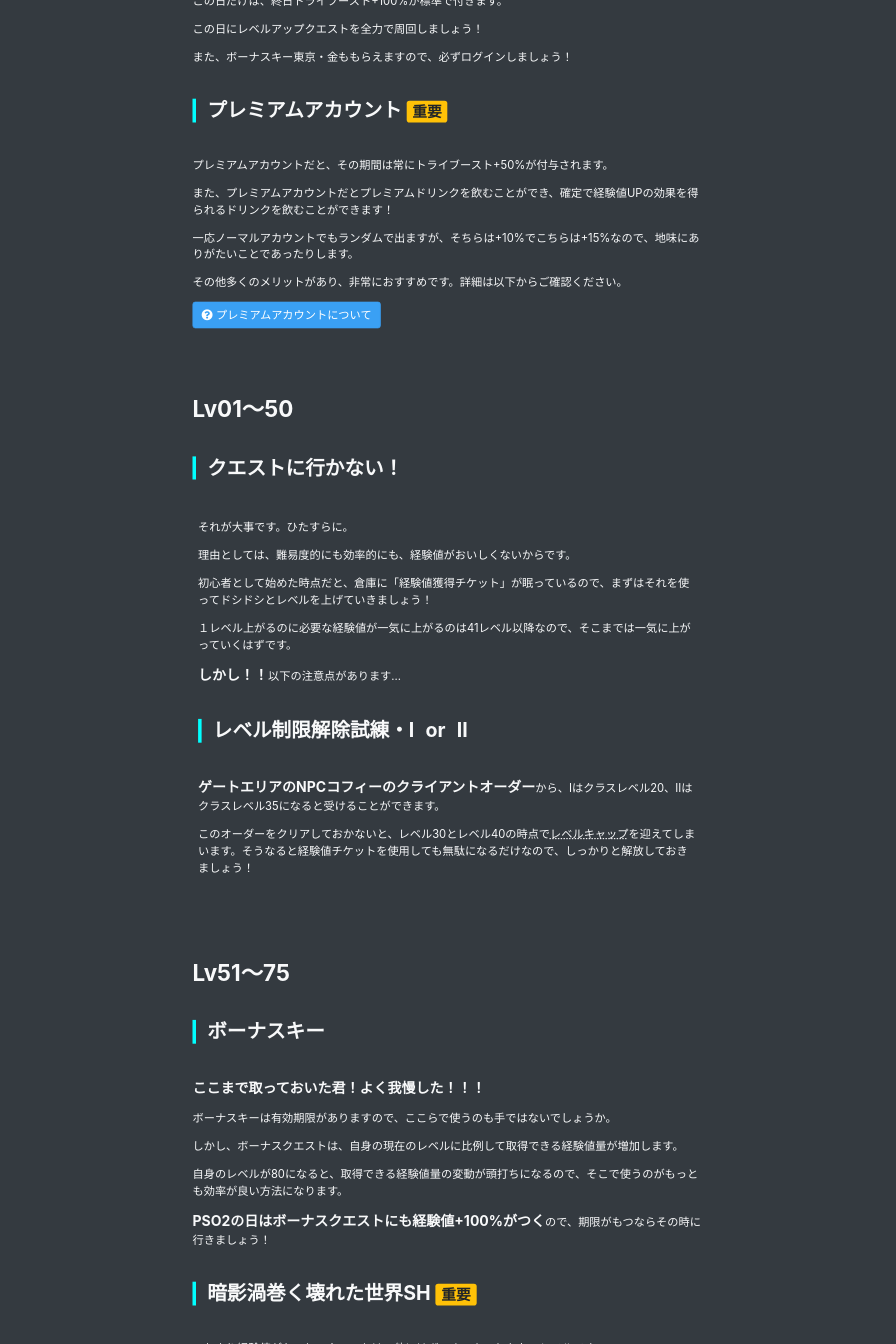
Repository: milkyahonpo/Website_source
Page: docs/capture.html
An editor plug-in stored every save of this project. The page is shown before and after the next save, followed by the edit.
The browser window is 1280 px wide. The pictures show the part of the page from y = 4580 to 6500 px (the page is 9710 px tall before and 9702 px after), at 70% of full size.
Some web libraries are served in a nearby version.

Above is the page before, as saved 2020-01-24 12:37:39.

### docs/capture.html
<!DOCTYPE html>
<html lang="ja">
  <head>
    <!-- Required meta tags -->
    <meta charset="utf-8">
    <meta name="viewport" content="width=device-width, initial-scale=1, shrink-to-fit=no">
    <!-- Bootstrap CSS -->
    <link rel="stylesheet" href="https://stackpath.bootstrapcdn.com/bootstrap/4.3.1/css/bootstrap.min.css" integrity="sha384-ggOyR0iXCbMQv3Xipma34MD+dH/1fQ784/j6cY/iJTQUOhcWr7x9JvoRxT2MZw1T" crossorigin="anonymous">
    <!-- My CSS -->
    <link rel="stylesheet" href="css/capture.css">
    <!-- favicon -->
    <link rel="shortcut icon" href="img/favicon.ico">
    <!-- Font Awesome -->
    <link href="https://use.fontawesome.com/releases/v5.6.1/css/all.css" rel="stylesheet">
    <!-- Google Fonts -->
    <link href="https://fonts.googleapis.com/css?family=Titillium+Web&display=swap" rel="stylesheet">

    <title>みるく屋本舗 - 攻略本 -</title>
  </head>

  <body>
  <!-- Navigation -->
  <nav class="navbar navbar-expand-lg navbar-light fixed-top py-3" id="mainNav">
    <div class="container">
      <a class="navbar-brand" href="index.html">
        <img src="./img/logo.png" width="50" height="50" alt="">
        <b>みるく屋本舗</b>
      </a>
      <button class="navbar-toggler navbar-togglar-right" type="button" data-toggle="collapse" data-target="#navbarResponsive" aria-controls="navbarResponsive" aria-expanded="false" aria-label="Toggle navigation">
        <span class="navbar-toggler-icon"></span>
      </button>
      <div class="collapse navbar-collapse" id="navbarResponsive">
        <ul class="navbar-nav ml-auto my-2 my-lg-0">
          <li class="nav-item">
            <a class="nav-link js-scroll-trigger" href="#basic">基礎知識</a>
          </li>
          <li class="nav-item">
            <a class="nav-link js-scroll-trigger" href="#lv1-50">Lv01～Lv50</a>
          </li>
          <li class="nav-item">
            <a class="nav-link js-scroll-trigger" href="#lv51-75">Lv51～Lv75</a>
          </li>
          <li class="nav-item">
            <a class="nav-link js-scroll-trigger" href="#lv76-80">Lv76～Lv80</a>
          </li>
          <li class="nav-item">
            <a class="nav-link js-scroll-trigger" href="#lv81-90">Lv81～Lv90</a>
          </li>
        </ul>
      </div>
    </div>
  </nav>
  <!-- About Section -->
  <section class="page-section h-100 bg-dark text-light">
    <div class="container h-100">
      <div class="row h-100 justify-content-center align-items-center">
        <div class="col-lg-8">
          <h2 class="display-1 mt-0 font-weight-bold text-center"><span style="color: cyan;">攻</span>略本</h2>
          <hr class="divider my-4">
          <p class="lead text-center">チムメンに役立つ育成情報を掲載します！</p>
          <p class="text-center"><small>最終更新 : 2020/01/23</small></p>
        </div>
      </div>
    </div>
  </section>

  <section class="page-section bg-dark text-light">
    <div class="container">
      <div class="row py-5 justify-content-center" id="basic">
        <div class="col-md-8">
          <h2 class="font-weight-bold">基礎知識</h2>
          <h3 class="my-5 pl-3"><strong class="font-weight-bold">メインクラスとサブクラス</strong></h3>
          <p>
            PSO2には「メインクラス」と「サブクラス」があります。
            <ul>
              <li>「メインクラス」装備できる武器に影響するクラス</li>
              <li>「サブクラス」一部のスキルとステータスの影響を受けるクラス<br>
            </ul>
            以下にクラス一覧と、その装備できる武器について示します。
          <p>
          <p class="alert alert-info">ガンスラッシュはどのクラスでも使用することができます。</p>
          <h4>通常クラス</h4>
          <table class="table table-striped table-hover my-3 table-dark">
            <tr><th>アイコン</th><th>クラス名</th><th>略称</th><th>装備できる武器</th></tr>
            <tr><td><img class="img-thumbnail" src="img/Hu.png"　style="display: inline-block" width="50px" height="auto"></td><td><a href="https://pso2.swiki.jp/index.php?%E3%83%8F%E3%83%B3%E3%82%BF%E3%83%BC">ハンター</a></td><td>Hu</td><td><ul><li>ソード</li><li>ワイヤードランス</li><li>パルチザン</li></ul></td></tr>
            <tr><td><img class="img-thumbnail" src="img/Fi.png"　style="display: inline-block" width="50px" height="auto"></td><td><a href="https://pso2.swiki.jp/index.php?%E3%83%95%E3%82%A1%E3%82%A4%E3%82%BF%E3%83%BC">ファイター</a></td><td>Fi</td><td><ul><li>ツインダガー</li><li>ダブルセイバー</li><li>ナックル</li></ul></td></tr>
            <tr><td><img class="img-thumbnail" src="img/Ra.png"　style="display: inline-block" width="50px" height="auto"></td><td><a href="https://pso2.swiki.jp/index.php?%E3%83%AC%E3%83%B3%E3%82%B8%E3%83%A3%E3%83%BC">レンジャー</a></td><td>Ra</td><td><ul><li>ランチャー</li><li>アサルトライフル</li></ul></td></tr>
            <tr><td><img class="img-thumbnail" src="img/Gu.png"　style="display: inline-block" width="50px" height="auto"></td><td><a href="https://pso2.swiki.jp/index.php?%E3%82%AC%E3%83%B3%E3%83%8A%E3%83%BC">ガンナー</a></td><td>Gu</td><td><ul><li>ツインマシンガン</li><li>アサルトライフル</li></ul></td></tr>
            <tr><td><img class="img-thumbnail" src="img/Fo.png"　style="display: inline-block" width="50px" height="auto"></td><td><a href="https://pso2.swiki.jp/index.php?%E3%83%95%E3%82%A9%E3%83%BC%E3%82%B9">フォース</a></td><td>Fo</td><td><ul><li>ロッド</li><li>タリス</li></ul></td></tr>
            <tr><td><img class="img-thumbnail" src="img/Te.png"　style="display: inline-block" width="50px" height="auto"></td><td><a href="https://pso2.swiki.jp/index.php?%E3%83%86%E3%82%AF%E3%82%BF%E3%83%BC">テクター</a></td><td>Te</td><td><ul><li>ウォンド</li><li>タリス</li></ul></td></tr>
            <tr><td><img class="img-thumbnail" src="img/Br.png"　style="display: inline-block" width="50px" height="auto"></td><td><a href="https://pso2.swiki.jp/index.php?%E3%83%96%E3%83%AC%E3%82%A4%E3%83%90%E3%83%BC">ブレイバー</a></td><td>Br</td><td><ul><li>カタナ</li><li>バレットボウ</li></ul></td></tr>
            <tr><td><img class="img-thumbnail" src="img/Bo.png"　style="display: inline-block" width="50px" height="auto"></td><td><a href="https://pso2.swiki.jp/index.php?%E3%83%90%E3%82%A6%E3%83%B3%E3%82%B5%E3%83%BC">バウンサー</a></td><td>Bo</td><td><ul><li>ジェットブーツ</li><li>デュアルブレード</li></ul></td></tr>
            <tr><td><img class="img-thumbnail" src="img/Su.png"　style="display: inline-block" width="50px" height="auto"></td><td><a href="https://pso2.swiki.jp/index.php?%E3%82%B5%E3%83%A2%E3%83%8A%E3%83%BC">サモナー</a></td><td>Su</td><td><ul><li>タクト</li></ul></td></tr >
          </table>
          <div class="my-5">
            <p>これらの通常クラスのいずれか２つをレベル75にすることで選択可能になる<strong class="lead font-weight-bold">「後継クラス」</strong>というものがあります。</p>
            <p>後継クラスは現状で３つあり、ファントムとエトワールはサブクラスとしてセットすることができますが、メインクラスとして使う場合、<strong class="lead font-weight-bold">全てサブクラスをセットすることができません。</strong>その代わりに、各クラス特徴のある強力なクラススキルを有しており、非常に優秀なクラスとなっています。</p>
          </div>
          <h4>後継クラス</h4>
          <table class="table table-striped table-hover my-3 table-dark">
            <tr><th>アイコン</th><th>クラス名</th><th>略称</th><th>装備できる武器</th></tr>
            <tr><td><img class="img-thumbnail" src="img/Hr.png"　style="display: inline-block" width="50px" height="auto"></td class="align-items-center"><td><a href="https://pso2.swiki.jp/index.php?%E3%83%92%E3%83%BC%E3%83%AD%E3%83%BC">ヒーロー</a></td><td>Hr</td><td><ul><li>ソード</li><li>ツインマシンガン</li><li>タリス</li></ul></td></tr>
            <tr><td><img class="img-thumbnail" src="img/Ph.png"　style="display: inline-block" width="50px" height="auto"></td><td><a href="https://pso2.swiki.jp/index.php?%E3%83%95%E3%82%A1%E3%83%B3%E3%83%88%E3%83%A0">ファントム</a></td><td>Ph</td><td><ul><li>カタナ</li><li>アサルトライフル</li><li>ロッド</li></td></tr>
            <tr><td><img class="img-thumbnail" src="img/Et.png"　style="display: inline-block" width="50px" height="auto"></td><td><a href="https://pso2.swiki.jp/index.php?%E3%82%A8%E3%83%88%E3%83%AF%E3%83%BC%E3%83%AB">エトワール</a></td><td>Et</td><td><ul><li>ダブルセイバー</li><li>デュアルブレード</li><li>ウォンド</li></td></tr>
          </table>
          <p>「メインクラス」は、当然ですが入手した経験値の100%が加算されます。</p>
          <p>「サブクラス」も、セットしておくだけでサブクラスがレベル70までは<strong class="lead font-weight-bold">メインクラスが獲得した経験値の25%</strong>が加算されます。</p>
          <p>そのため、必ずサブクラスをつけておきましょう。</p>

          <h3 class="my-5 pl-3"><strong class="font-weight-bold"><abbr title="特殊能力(DL先のファイルに詳細)">OP</abbr>・<abbr title="S級特殊能力(DL先のファイルに詳細)">SOP</abbr>付け</strong></h3>
          <p>PSO2の武器や<abbr title="防具のこと">ユニット</abbr>には、OPと呼ばれる特殊能力を付与することができます。</p>
          <p>これを付けていないとどれだけ頑張っても火力が出なかったり、伸び悩んでしまう原因になります。</p>
          <p>最初のうちに理解するのは難しい要素でもあるのですが、以下のファイルにOPの付け方をまとめてあるので、ダウンロードして必ず理解するようにしましょう！！</p>
          <a class="text-decoration-none" href="./document/PSO2 OP付け覚書.pdf" download="PSO2 OP付け覚書.pdf">
            <button class="btn btn-primary">
              <span class="text-decoration-none"><i class="fas fa-download"></i><b class="px-1">PSO2 OP付け覚書.pdf</b></span>
            </button>
          </a>
          <h3 class="my-5 pl-3"><strong class="font-weight-bold">ブーストアイテム</strong></h3>
          <p>PSO2には、経験値やメセタやレアドロの確率を一時的に上昇させる、トライブーストをはじめとした「ブーストアイテム」が多種類存在します。</p>
          <p>経験値を稼ぐためには、ブーストを使用したほうが有利ですので、必ず使用してクエストに行くことを忘れないようにしましょう。</p>
          <p>同じ名前のブーストアイテムを使用しても効果は多くならないので、違う名前のブーストを組み合わせることでより良い効果を得ることができます。</p>
          <p>元々の経験値を100%とすると...</p>
          <div class="card mb-3 text-dark">
            <div class="card-body">
            <p><b>例１)トライブースト+100%と経験値+75%を使用した場合の経験値取得率</b></p>
            <strong class="my-1 display-4"><var>100</var> + <var>100</var> + <var>75</var> = <var>275</var>%</strong>
            </div>
          </div>
          <p>上記のように、ブーストアイテムの効果は加算によって求められます。</p>

          <h3 class="my-5 pl-3"><strong class="font-weight-bold">パーティーブースト </strong><span class="badge badge-warning">重要</span></h3>
          <p>PSO2では、パーティーを組むことによって「パーティーブースト」と呼ばれる、<abbr title="略称「トラブ」 メセタ、レアドロ、経験値獲得量UP">トライブースト</abbr>が付与されます。</p>
          <p>先ほどのブーストアイテムについての項目でお話しましたが、ブーストアイテムの効果は加算によって求めることができます。</p>
          <p>しかし、<strong class="lead font-weight-bold">パーティーブーストだけは乗算でかかります。</strong>パーティーが二人以上の場合のパーティーの人数をXとすると、パーティーブーストは1.X倍になります。</p>
          <div class="card mb-3 text-dark">
            <div class="card-body">
            <p><b>例２)例１の場合でパーティー４人の場合の経験値取得率</b></p>
            <strong class="my-1 display-4"><var>275</var> * <var>1.4</var> = <span class="enh"><var>385</var>%</span></strong><br>
            </div>
          </div>
          <p>絶対に４人パーティーで行きましょう！</p>

          <h3 class="my-5 pl-3"><strong class="font-weight-bold">PSO2の日(毎月2日 +プレミアムは22日)</strong></h3>
          <p>この日だけは、終日トライブースト+100%が標準で付きます。</p>
          <p>この日にレベルアップクエストを全力で周回しましょう！</p>
          <p>また、ボーナスキー東京・金ももらえますので、必ずログインしましょう！</p>

          <h3 class="my-5 pl-3"><strong class="font-weight-bold">プレミアムアカウント </strong><span class="badge badge-warning">重要</span></h3>
          <p>プレミアムアカウントだと、その期間は常にトライブースト+50%が付与されます。</p>
          <p>また、プレミアムアカウントだとプレミアムドリンクを飲むことができ、確定で経験値UPの効果を得られるドリンクを飲むことができます！</p>
          <p>一応ノーマルアカウントでもランダムで出ますが、そちらは+10%でこちらは+15%なので、地味にありがたいことであったりします。</p>
          <p>その他多くのメリットがあり、非常におすすめです。詳細は以下からご確認ください。</p>
          <a href="http://pso2.jp/players/manual/preparations/ac/#sys-manual-513"><button class="btn btn-primary"><i class="fas fa-question-circle"></i> プレミアムアカウントについて</button></a>
        </div>
      </div>
      <div class="row py-5 justify-content-center" id="lv1-50">
        <div class="col-lg-8">
          <h2><b>Lv01～50</b></h2>
          <h3 class="my-5 pl-3"><strong class="font-weight-bold">クエストに行かない！</strong></h3>
          <section class="px-2 py-2">
            <p>それが大事です。ひたすらに。</p>
            <p>理由としては、難易度的にも効率的にも、経験値がおいしくないからです。</p>
            <p>初心者として始めた時点だと、倉庫に「経験値獲得チケット」が眠っているので、まずはそれを使ってドシドシとレベルを上げていきましょう！</p>
            <p>１レベル上がるのに必要な経験値が一気に上がるのは41レベル以降なので、そこまでは一気に上がっていくはずです。</p>
            <p><strong class="lead font-weight-bold">しかし！！</strong>以下の注意点があります...</p>
            <h3 class="my-5 pl-3"><strong class="font-weight-bold">レベル制限解除試練・Ⅰ<span class="mx-3">or</span>Ⅱ</strong></h3>
            <p><strong class="lead font-weight-bold">ゲートエリアのNPCコフィーのクライアントオーダー</strong>から、Ⅰはクラスレベル20、Ⅱはクラスレベル35になると受けることができます。</p>
            <p>このオーダーをクリアしておかないと、レベル30とレベル40の時点で<abbr title="レベルがそれ以上上がらない状態になること">レベルキャップ</abbr>を迎えてしまいます。そうなると経験値チケットを使用しても無駄になるだけなので、しっかりと解放しておきましょう！</p>
          </section>
        </div>
      </div>
      <div class="row py-5 justify-content-center" id="lv51-75">
        <div class="col-lg-8">
          <h2 class="mb-5"><b>Lv51～75</b></h2>
          <h3 class="my-5 pl-3"><strong class="font-weight-bold">ボーナスキー</strong></h3>
          <p><strong class="lead font-weight-bold">ここまで取っておいた君！よく我慢した！！！</strong></p>
          <p>ボーナスキーは有効期限がありますので、ここらで使うのも手ではないでしょうか。</p>
          <p>しかし、ボーナスクエストは、自身の現在のレベルに比例して取得できる経験値量が増加します。</p>
          <p>自身のレベルが80になると、取得できる経験値量の変動が頭打ちになるので、そこで使うのがもっとも効率が良い方法になります。</p>
          <p><strong class="lead font-weight-bold">PSO2の日はボーナスクエストにも経験値+100%がつく</strong>ので、期限がもつならその時に行きましょう！</p>

          <h3 class="my-5 pl-3"><strong class="font-weight-bold">暗影渦巻く壊れた世界SH </strong><span class="badge badge-warning">重要</span></h3>
          <p>これより経験値がおいしいクエストは、他にはボーナスキーしかないレベルです。</p>
          <p>圧倒的経験値効率を誇るクエストなので、レベリングには必ず行きましょう！</p>
          <p><strong class="lead font-weight-bold">レベルアップクエストの仕様上、5日周期で1日来る</strong>ので必ずチェックしておきましょう。</p>

          <h3 class="my-5 pl-3"><strong class="font-weight-bold">クラスごとの<abbr title="スキルポイント スキルツリーのスキルを取得するために必要になる レベル1UPごとに1SP">SP</abbr>取得クライアントオーダー </strong><span class="badge badge-warning">重要</span></h3>
          <p>レベル75になると、クラスキューブというアイテムを渡すことによって、クラスごとにSPを獲得できるクライアントオーダーが解放されます。</p>
          <p>クラスキューブとは、ハンターであれば「Huエクスキューブ」といったような、クラスの略称がついたアイテムになります。</p>
          <p>全てのクラス共通で、最初は1個、次は2個、3個、4個と要求数が増えていき、全4つのオーダーで合計10個のクラスキューブが必要になります。</p>
          <p><strong class="lead font-weight-bold">ゲートエリアのNPCシロナの「トレジャーショップ」</strong>から、SGまたはメセタを使用してクラスキューブを購入することができます。売っているクラスキューブは日替わりなので、自分の欲しいクラスキューブが陳列された時に購入しましょう！</p>

          <p>また、レベル90のレベルキャップに到達した状態でレベルアップすることで、そのクラスのクラスキューブを<strong class="lead font-weight-bold">レベルアップごとに７個</strong>取得することができます。</p>
        </div>
      </div>
          <!--
          <h3 class="my-5 pl-3"><strong class="font-weight-bold">レベル75制限解除試験・○○ </strong><span class="badge badge-info">後継クラスのみ</span></h3>
          <p>レベル75制限解除試験とは、その名の通りレベル75のレベルキャップを解放するクライアントオーダーです。</p>
          <p>これまでもレベル30の時点やレベル40の時点にも存在したものと同じになります。</p>
          <p>このレベルキャップ解放はクラスごとにクリアする必要があります。</p>
          <p>条件は、<br>
          <strong class="lead font-weight-bold">「<abbr title="ガンスラッシュは対象外です">メインクラスで装備できる武器種</abbr>の☆13以上を+35まで強化する」</strong><br>
          というものになります。</p>
          <p><strong class="lead font-weight-bold">ゲートエリアのNPCプリンの「コレクトシート」</strong>で、☆13武器の+35をゲットするだけで達成することができます。</p>
          <p>コレクトシートとは、数あるアイテムの中から自身が欲しいアイテムを選択し、そのアイテムのシートを入手したのちに、シート中に記載されている必要項目を全達成することで対象のアイテムが入手できるというものです。</p>
          <p>それぞれの項目に指定された条件を達成すると項目のゲージが上昇していき、ゲージが最大になった時にドロップするアイテムを入手することで項目が達成されます。</p>
          <p>基本的にコレクトシートの項目の条件は、入手した時点で開催されている緊急クエストや期間限定クエストで達成できるものが設定されているので、どんどん参加しましょう！</p>
          -->

      <div class="row py-5 justify-content-center" id="lv76-80">
        <div class="col-lg-8">
          <h2 class="mb-5"><b>Lv76～80</b></h2>
          <h3 class="my-5 pl-3"><strong class="font-weight-bold">必要経験値の異常なまでの上昇 </strong><span class="badge badge-danger">難関</span></h3>
          <p><strong class="lead font-weight-bold">今までとは比べ物にならないくらいにレベルが上がらなくなってきます。</strong></p>
          <p>ただ、昔のPSO2と比較したら今はボーナスキーもあり、レベルアップクエストなんてものもあり、
          そのうえPSO2の日では経験値+100%で、プレミアムなら毎日トライブースト+50%もつくだって！？</p>
          <strong class="lead font-weight-bold">めげずに頑張りましょう！私たちがついています！</strong>

          <h3 class="my-5 pl-3"><strong class="font-weight-bold">ボーナスキー </strong></h3>
          <p>それはここでも同じです。</p>
          <p>PSO2で経験値が一番おいしいクエストは間違いなくボーナスキー！</p>
          <p>手に入れたらPSO2の日をねらって絶対に行きましょう！</p>
          <p>(ブーストアイテムを忘れずにね！)</p>

          <h3 class="my-5 pl-3"><strong class="font-weight-bold">暗影渦巻く壊れた世界XH </strong><span class="badge badge-success">更新時点 推奨</span></h3>
          <p>現状最強武器の「リバレイト〇〇」という武器の入手にはクラスキューブが必要になります。</p>
          <p>また、2020/02/05まで開催されている<a href="http://pso2.jp/players/event/newyear2020/">SPACE MAGATSU DESTROYERS</a>の個人ポイント獲得はこの暗影でもためることができ、暗影は1周2分で周回できるので非常に高効率となっています。(本来あってはならないことかもしれませんが...)</p>
          <p>以上の理由から、現時点では高レベルのプレイヤーも暗影を周回しており、人がすぐに集まることも多いため、以下に記載してあるSHを周回するよりも圧倒的に高効率でレベルアップすることができます。</p>

          <h3 class="my-5 pl-3"><strong class="font-weight-bold">暗影渦巻く壊れた世界SH </strong><span class="badge badge-secondary">更新時点 非推奨</span></h3>
          <p>「え？なんでまだこの段階でもXH行かないの？」</p>
          <p>そう思う方も多いことでしょう。</p>
          <p>試しにXHに行ってみた方はわかると思いますが、
          <strong class="lead font-weight-bold">クエストに12人いることのほうが少ないです。</strong></p>
          <p>理由はSHとXHの受注可能なレベル帯の差にあります。</p>
          <p>SHはレベル50から受注可能で、XHには、メインサブの双方を75まで上げないと行けません。</p>
          <p>なので、SHを回るのは、75-50=レベル25分の幅の方で、
          なおかつメインはレベル75であってもサブはまだという方も含まれます。</p>
          <p>それに対してXHはレベル75から受注可能で、最大はレベル90です。</p>
          <p>なので、XHを回るのは、90-75=レベル15分の幅の方で、
          なおかつメインサブ双方が75以上である方です。</p>
          <p>それゆえに、暗影で人数が集まるのは必然的にSHとなるわけです。</p>
          <p>人数が集まるということは、パーティーが組めるのでブーストがのる。</p>
          <p><strong class="lead font-weight-bold">そういうことです！</strong></p>

          <h3 class="my-5 pl-3"><strong class="font-weight-bold">クラスごとのSP取得クライアントオーダー </strong></h3>
          <p>Lv51～75で前述のとおりです。</p>
          <p>もしもレベル75の時点でやっていなかったのであれば、必ずここで済ませてしまいましょう！</p>

          <!--
          <h3 class="my-5 pl-3"><strong class="font-weight-bold">レベル80制限解除試験・○○ </strong></h3>
          <p>「またレベルキャップか・・・」</p>
          <p>安心してください。今回のは<b>めちゃくちゃ簡単</b>です。</p>
          <p>レベルを75にした時点で称号報酬でもらっていた、３つの<strong class="lead font-weight-bold">「サブ／ステラウォール」</strong>というユニット。</p>
          <p>若しくは、ここまで暗影を周回している人なら持っているであろう「ウェポンズバッジ2019」。</p>
          <p>それとバッジ交換ショップで交換できる☆12ユニットの、</p>
          <p><strong class="lead font-weight-bold">「リア／サーキュレイ」、「アーム／サーカレイ」、「レッグ／サークレイ」</strong>。</p>
          <p>そのどちらかのシリーズを全て+10にしてから装備して話しかけるだけで達成できます。</p>
          <p>ユニットの強化は、武器と比較してものすごく簡単なので、
          強化値+7までは補助アイテム何も無しで上げていき、
          +8以降は、「強化成功率+5%」と「強化リスク軽減(+1)」を使用して上げていくだけで十分です。</p>
          <p>もっていないのであれば、どちらも非常に安価にマイショップで販売していますので、
          どんどん上げて、ぱぱっと報告してしまいましょう！</p>
          -->
        </div>
      </div>
      <div class="row py-5 justify-content-center" id="lv81-90">
        <div class="col-lg-8">
          <h2 class="mb-5"><b>Lv81～90</b></h2>
          <h3 class="my-5 pl-3 display-4"><font color="orange">気合 <i class="fas fa-exclamation"></i></font></h3>
          <p>今までの知識をすべて駆使してレベルを上げていきましょう。</p>
          <p>ブースト、ボーナスキー、暗影...</p>
          <p><b style="font-size: 20px">頂上はもうすぐです！</b></p>
        </div>
      </div>
    </div>
  </div>
</section>
  <!-- Footer -->
  <footer class="bg-light py-5">
    <div class="container">
      <div class="small text-center text-muted">※当サイトの一部の掲載画像等に関する権利は、株式会社セガゲームズに帰属しています。</div>
      <div class="small text-center text-muted">Copyright &copy; 2019 - MYH / SEGA PHANTASY STAR ONLINE 2</div>
    </div>
  </footer>

  <!-- Bootstrap core JavaScript -->
  <script src="vendor/jquery/jquery.min.js"></script>
  <script src="vendor/bootstrap/js/bootstrap.bundle.min.js"></script>

  <!-- Plugin JavaScript -->
  <script src="vendor/jquery-easing/jquery.easing.min.js"></script>
  <script src="vendor/magnific-popup/jquery.magnific-popup.min.js"></script>

  <!-- Custom scripts for this template -->
  <script src="js/creative.min.js"></script>

    <!-- Optional JavaScript -->
    <!-- jQuery first, then Popper.js, then Bootstrap JS -->
    <script src="https://code.jquery.com/jquery-3.3.1.slim.min.js" integrity="sha384-q8i/X+965DzO0rT7abK41JStQIAqVgRVzpbzo5smXKp4YfRvH+8abtTE1Pi6jizo" crossorigin="anonymous"></script>
    <script src="https://cdnjs.cloudflare.com/ajax/libs/popper.js/1.14.7/umd/popper.min.js" integrity="sha384-UO2eT0CpHqdSJQ6hJty5KVphtPhzWj9WO1clHTMGa3JDZwrnQq4sF86dIHNDz0W1" crossorigin="anonymous"></script>
    <script src="https://stackpath.bootstrapcdn.com/bootstrap/4.3.1/js/bootstrap.min.js" integrity="sha384-JjSmVgyd0p3pXB1rRibZUAYoIIy6OrQ6VrjIEaFf/nJGzIxFDsf4x0xIM+B07jRM" crossorigin="anonymous"></script>
  </body>
</html>

### docs/js/creative.min.js
/*!
 * Start Bootstrap - Creative v5.1.6 (https://startbootstrap.com/template-overviews/creative)
 * Copyright 2013-2019 Start Bootstrap
 * Licensed under MIT (https://github.com/BlackrockDigital/startbootstrap-creative/blob/master/LICENSE)
 */

!function (e) { "use strict"; e('a.js-scroll-trigger[href*="#"]:not([href="#"])').click(function () { if (location.pathname.replace(/^\//, "") == this.pathname.replace(/^\//, "") && location.hostname == this.hostname) { var a = e(this.hash); if ((a = a.length ? a : e("[name=" + this.hash.slice(1) + "]")).length) return e("html, body").animate({ scrollTop: a.offset().top - 72 }, 1e3, "easeInOutExpo"), !1 } }), e(".js-scroll-trigger").click(function () { e(".navbar-collapse").collapse("hide") }), e("body").scrollspy({ target: "#mainNav", offset: 75 }); function a() { 100 < e("#mainNav").offset().top ? e("#mainNav").addClass("navbar-scrolled") : e("#mainNav").removeClass("navbar-scrolled") } a(), e(window).scroll(a)/*, e("#portfolio").magnificPopup({ delegate: "a", type: "image", tLoading: "Loading image #%curr%...", mainClass: "mfp-img-mobile", gallery: { enabled: !0, navigateByImgClick: !0, preload: [0, 1] }, image: { tError: '<a href="%url%">The image #%curr%</a> could not be loaded.' } })*/ }(jQuery);

Loaded but not shown: docs/css/capture.css (library); docs/vendor/jquery/jquery.min.js (library); docs/vendor/bootstrap/js/bootstrap.bundle.min.js (library); docs/vendor/jquery-easing/jquery.easing.min.js (common file); docs/vendor/magnific-popup/jquery.magnific-popup.min.js (library)

After the next save:
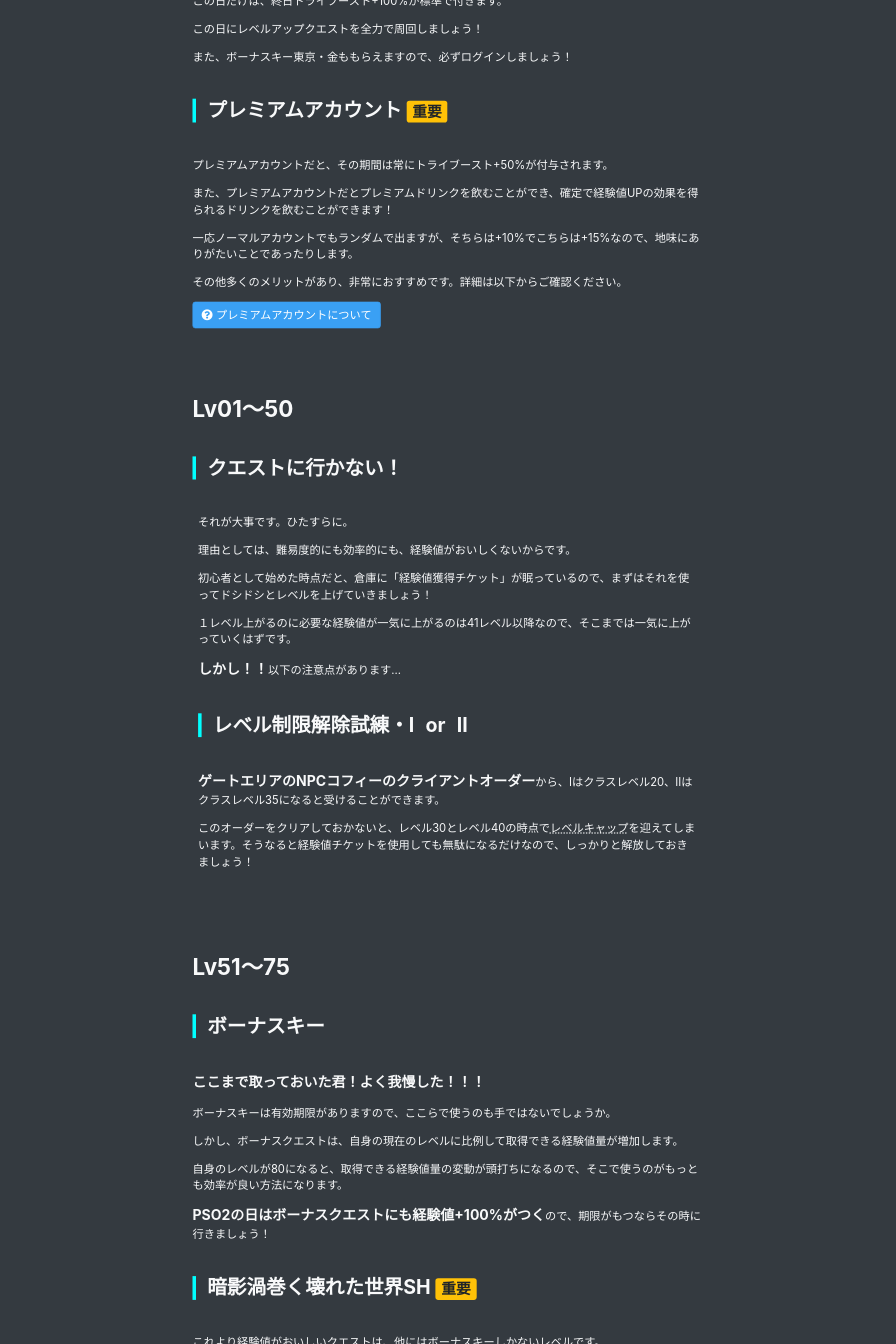
Saved 12 s later.
--- a/docs/capture.html
+++ b/docs/capture.html
@@ -158,7 +158,7 @@
         <div class="col-lg-8">
           <h2><b>Lv01～50</b></h2>
           <h3 class="my-5 pl-3"><strong class="font-weight-bold">クエストに行かない！</strong></h3>
-          <section class="px-2 py-2">
+          <section class="px-2 pb-2">
             <p>それが大事です。ひたすらに。</p>
             <p>理由としては、難易度的にも効率的にも、経験値がおいしくないからです。</p>
             <p>初心者として始めた時点だと、倉庫に「経験値獲得チケット」が眠っているので、まずはそれを使ってドシドシとレベルを上げていきましょう！</p>
